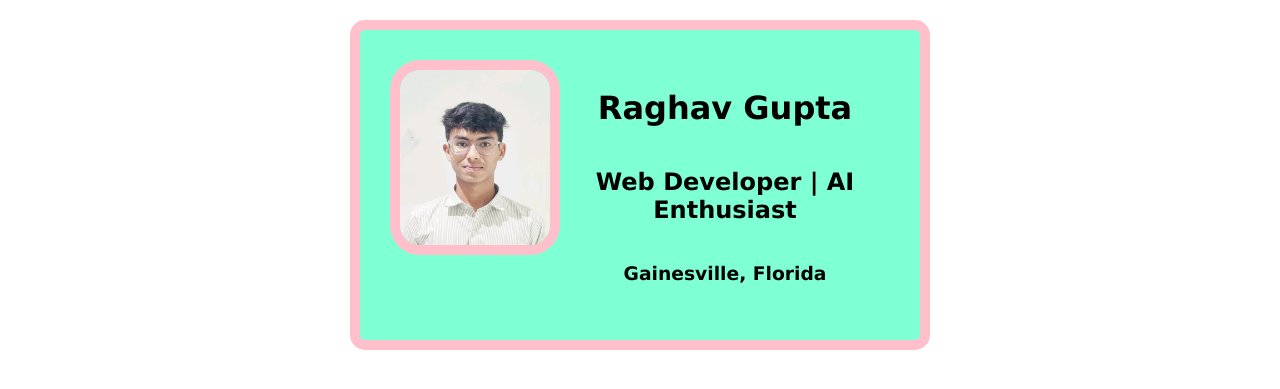
Repository: raghhavv03/html-css-practice
Page: css-task-2/index.html
The author's editor kept a copy of each file at every save. The page is drawn from the files as they stood at one save, then again after a run of saves.
The browser window is 1280 px wide. The pictures show the whole page.

Above is the page before, as saved 2026-02-04 04:29:02.

After the next 6 saves:
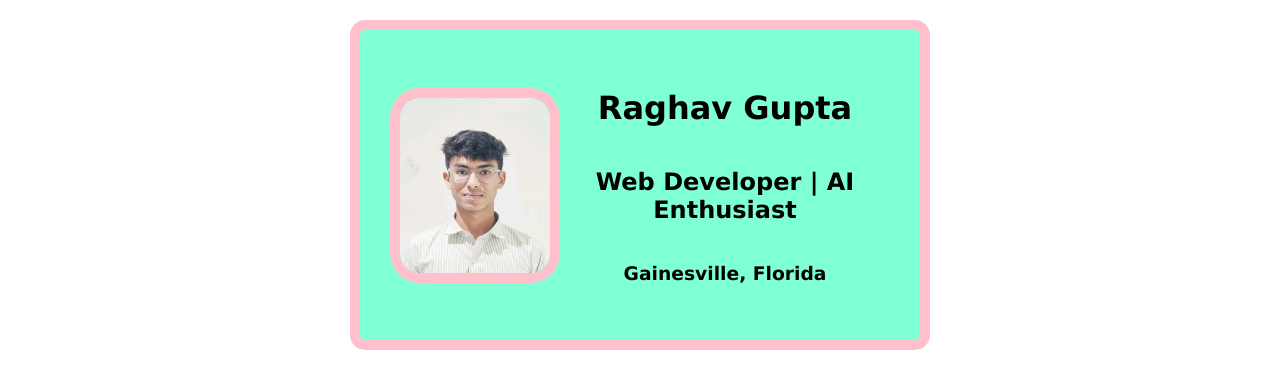
The 6 saves are shown as one change because they came seconds apart.
The last was saved 18 s later.
--- a/css-task-2/style.css
+++ b/css-task-2/style.css
@@ -24,6 +24,11 @@
     border-radius: 30px;
 }
 
+.profile-pic-container {
+    display: flex;
+    align-items: center;
+}
+
 .personal-details-container {
     display: flex;
     flex-direction: column;

After the save that followed:
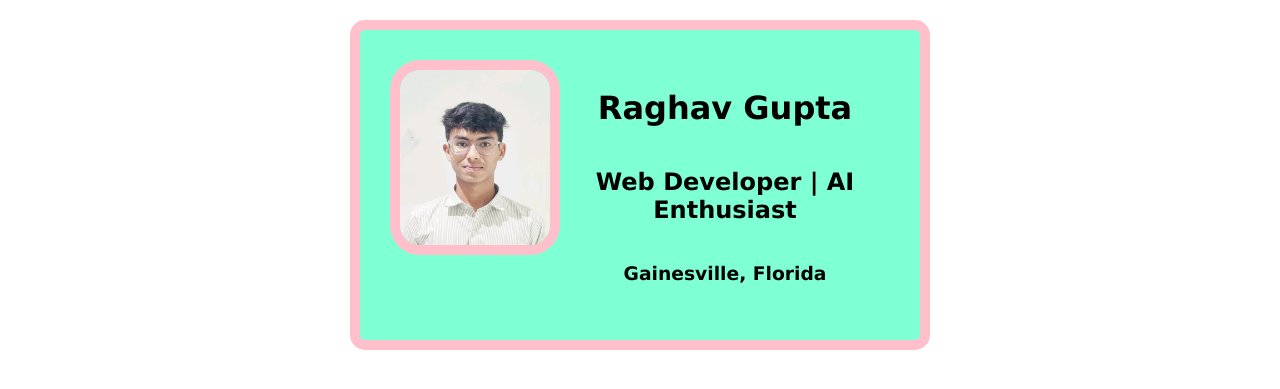
Saved 30 s later.
--- a/css-task-2/style.css
+++ b/css-task-2/style.css
@@ -26,7 +26,7 @@
 
 .profile-pic-container {
     display: flex;
-    align-items: center;
+
 }
 
 .personal-details-container {
